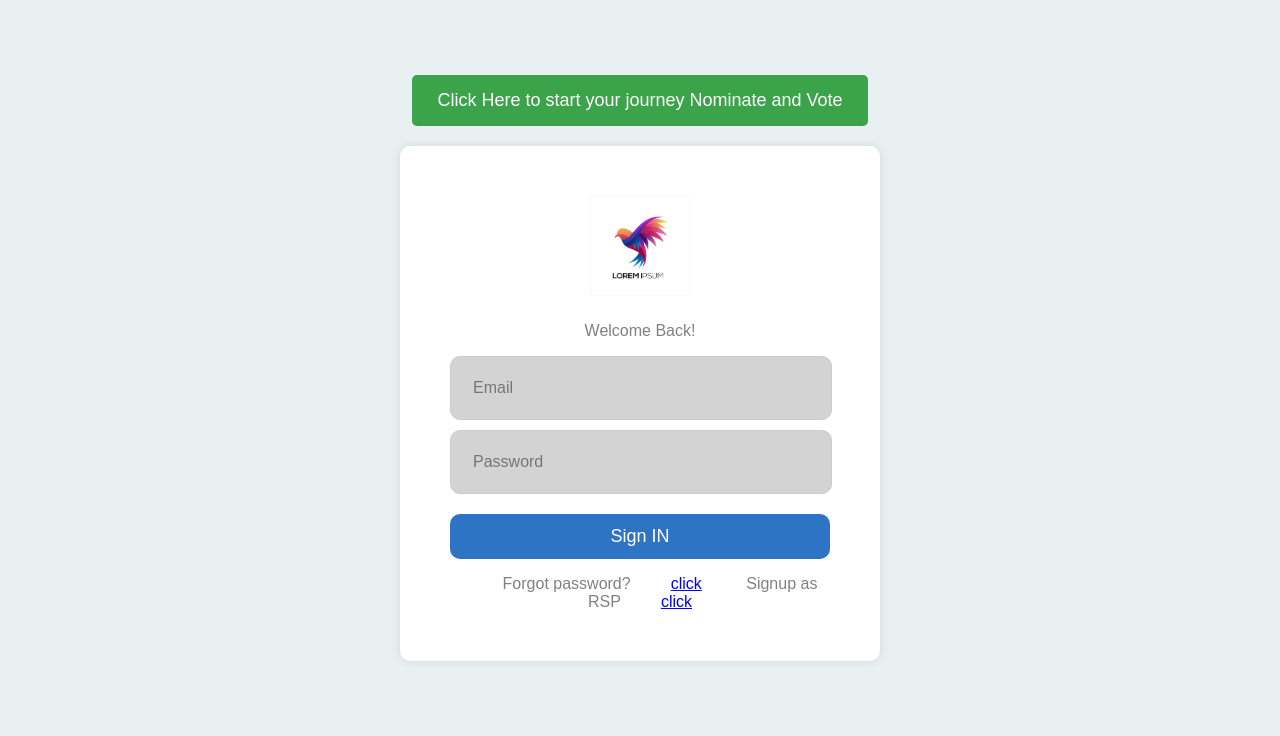
Repository: Femi007-gh/welcome
Page: index.html
The author's editor kept a copy of each file at every save. The page is drawn from the files as they stood at one save, then again after the next save.
The browser window is 1280 px wide. The pictures show the whole page.

Above is the page before, as saved 2025-03-10 22:05:56.

After the next save:
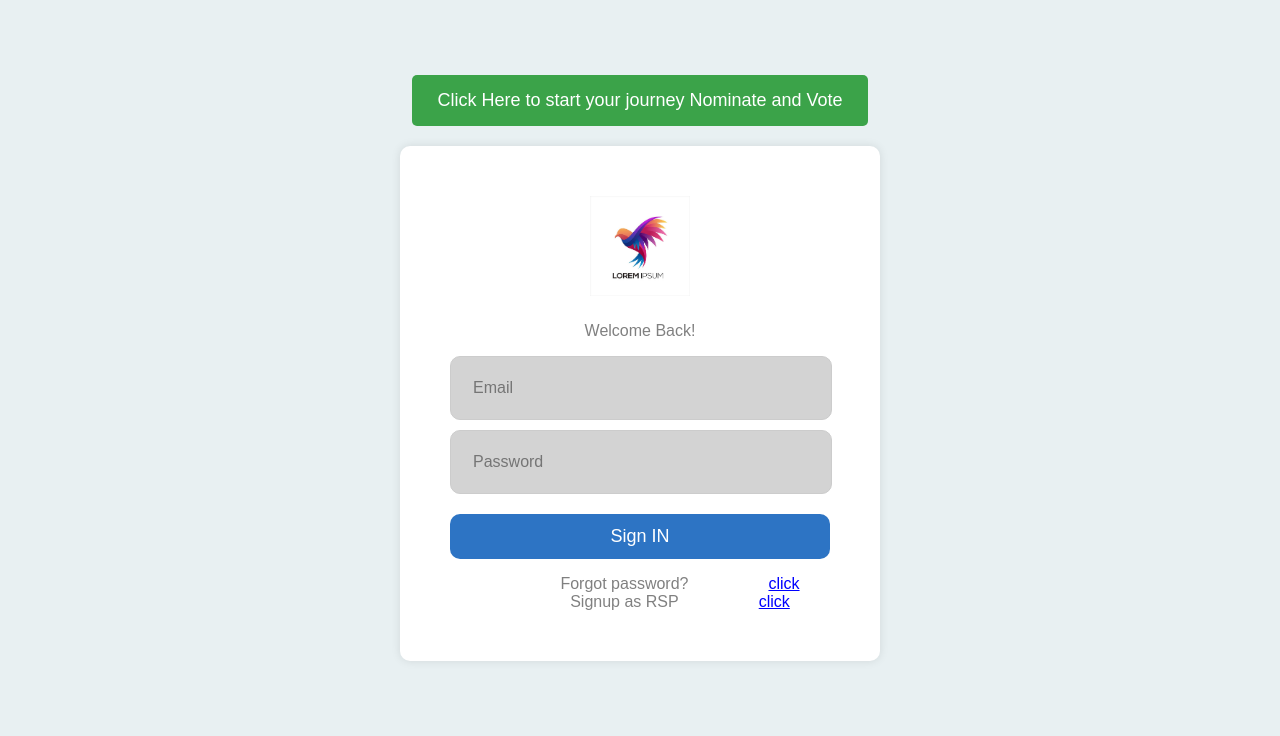
Saved 8 s later.
--- a/style.css
+++ b/style.css
@@ -73,7 +73,7 @@
 .links a {
   color: gray;
   text-decoration: none;
-  margin-left: 40px;
+  margin-left: 80px;
 }
 .links a.underline {
   color: blue;
